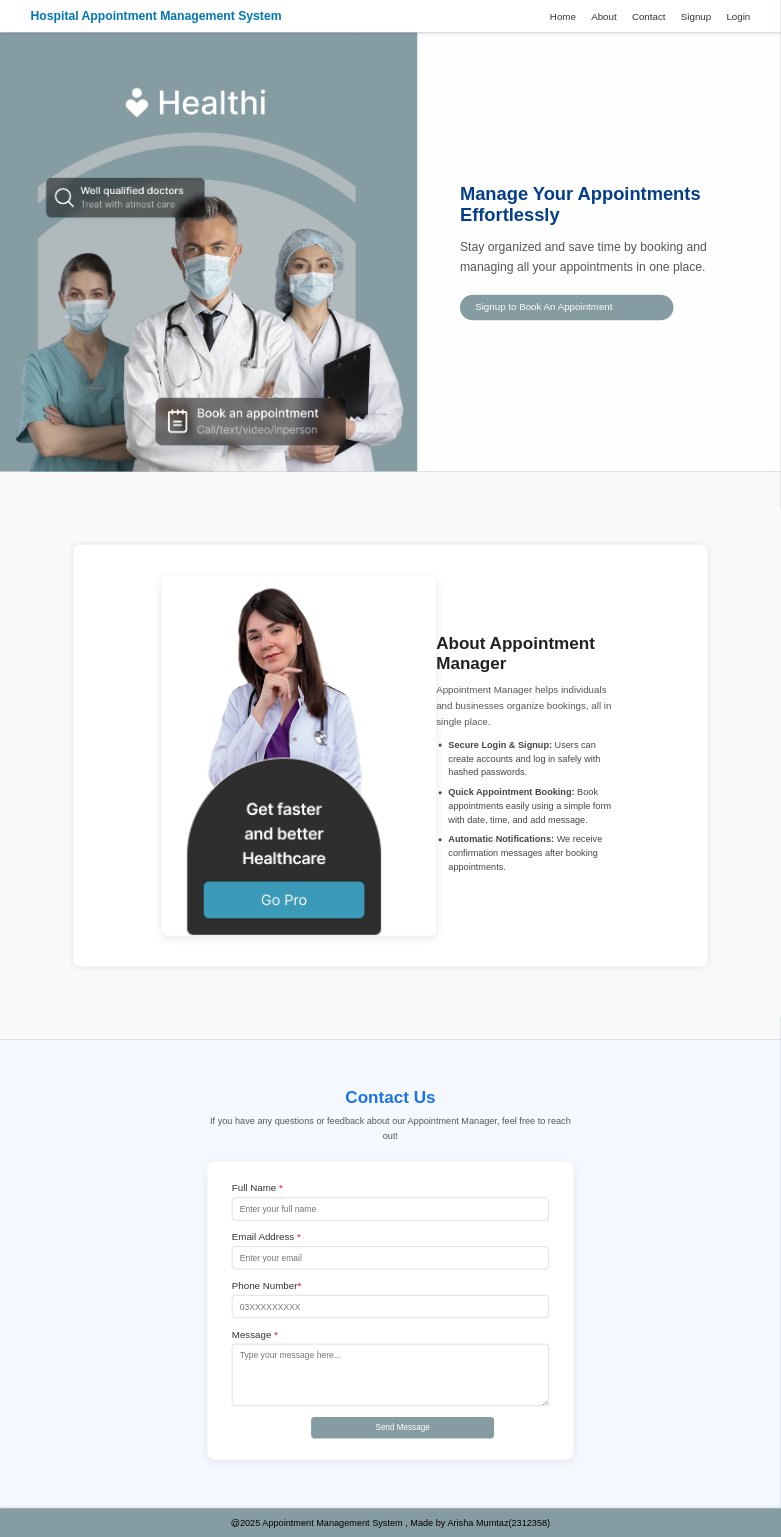
Repository: Arisha004/hospital-management-midterm-
Page: landingpage.html
The author's editor kept a copy of each file at every save. The page is drawn from the files as they stood at one save, then again after a run of saves.
The browser window is 1280 px wide. The pictures show the whole page, at 61% of full size.

Above is the page before, as saved 2025-11-02 20:34:20.

### landingpage.html

<html>
<head>
  <title>Appointment Management System</title>
  <link rel="stylesheet" href="style.css">
  <style>
  .container1 { width: 22%;margin: 40px auto; background: #fff; padding: 20px; border-radius: 8px; box-shadow: 0 0 10px rgba(0,0,0,0.1); }
  h2 {  color: #007bff; }
    button{
  display: inline-block;
  background-color: #869CA3;
  color: #fff;
  padding: 10px 22px;
  border: none;
  border-radius: 6px;
  cursor: pointer;
  font-weight: 500;
  transition: 0.3s;
   text-align: center;
}


button:hover {
  background-color: #7498a3;
}
a{
  color: white;
  text-decoration: none;
}
  </style>
</head>
<body>
  <header class="navbar">
    <div class="logo">Hospital Appointment Management System</div>
    <nav>
      <ul>
        <li><a href="#landing">Home</a></li>
        <li><a href="about.html">About</a></li>
        <li><a href="contact.html">Contact</a></li>
        <li><a href="signup.php">Signup</a></li>
        <li><a href="login.php">Login</a></li>

      </ul>
    </nav>
  </header>


  <section class="landing">
      <div class="right"></div>
    <div class="left">
      <h1>Manage Your Appointments Effortlessly</h1>
      <p>Stay organized and save time by booking and managing all your appointments in one place.</p>
      <a href="signup.php" class="btn">Signup to Book An Appointment</a>
    </div>

  </section>



  <section id="about" class="about">
    <div class="container about-inner">
      <div class="about-image" aria-hidden="true">

        <img src="images/pic2.png" alt="" />
      </div>
      <div class="about-content">
        <h2>About Appointment Manager</h2>
        <p>Appointment Manager helps individuals and businesses organize bookings, all in single place.</p>
        <ul class="features">
              <li><strong>Secure Login & Signup:</strong> Users can create accounts and log in safely with hashed passwords.</li>
<li><strong>Quick Appointment Booking:</strong> Book appointments easily using a simple form with date, time, and add message.</li>
<li><strong>Automatic Notifications:</strong> We receive confirmation messages after booking appointments.</li>

        </ul>
      </div>
    </div>
  </section>

<section id="contact" class="contact">
    <div class="container contact-inner">
      <h2>Contact Us</h2>
      <p>If you have any questions or feedback about our Appointment Manager, feel free to reach out!</p>

      <form action="insertcontactform.php" method="post" class="contact-form">
        <div class="form-group">
          <label>Full Name <span>*</span></label>
          <input type="text" id="name" name="name" placeholder="Enter your full name" pattern="^[A-Za-z]{3,}( [A-Za-z]+)?$" title="Full name should contain only letters and spaces, and must be at least 3 characters long.">

        </div>

        <div class="form-group">
          <label>Email Address <span>*</span></label>
          <input type="email" id="email" name="email" placeholder="Enter your email" title="Please enter a valid email address, e.g. example@gmail.com." required>
        </div>

        <div class="form-group">
          <label>Phone Number<span>*</span></label>
          <input type="tel" id="phone" name="phone" placeholder="03XXXXXXXXX" required pattern="[0-9]{11}" title="Enter 11-digit number only">
        </div>

        <div class="form-group">
          <label>Message <span>*</span></label>
          <textarea id="message" name="message" rows="5" placeholder="Type your message here..." required  pattern=".*\S.*" minlength="10"  title="Message must be at least 10 characters long.Cannot enter only spaces"></textarea>
        </div>

        <button type="submit" class="btn">Send Message</button>
      </form>
    </div>
</section>



  <footer>
    <p> @2025 Appointment Management System , Made by Arisha Mumtaz(2312358)</p>
  </footer>
</body>
</html>

### style.css

* {
  margin: 0;
  padding: 0;
  font-family: 'Poppins', sans-serif;
}

body {
  background: #869CA3;
  color: #333;
}

.about {
  background-color: #f9f9f9;
  padding: 80px 0; /*80px top & bottom, 0 left & right */
}

.about-image img {

  width: 450px;
  border-radius: 10px;
  box-shadow: 0 4px 15px rgba(0,0,0,0.1);
}

.about-content {
  margin-top: 20px;
  width: 300px;
}

.about-content h2 {
  font-size: 28px;
  color: #1a73e8;
  margin-bottom: 15px;
}

.about-content p {
  font-size: 16px;
  color: #555;
  line-height: 1.6;
  margin-bottom: 20px;
}

.features {
  list-style: none;
  padding: 0;
  margin-bottom: 25px;
}

.features li {
  margin-bottom: 10px;
  color: #444;
  font-size: 15px;
  line-height: 1.5;
}



/* Contact Section */
.contact {
  background-color: #f5f9ff;
  padding: 80px 0;
}

.contact-inner {
  width: 85%;
  max-width: 600px;
  margin: 0 auto;
  text-align: center;
}

.contact h2 {
  font-size: 28px;
  color: #1a73e8;
  margin-bottom: 10px;
}

.contact p {
  color: #555;
  margin-bottom: 30px;
  font-size: 15px;
  line-height: 1.6;
}

.contact-form {
  background-color: #fff;
  padding: 35px 40px;
  border-radius: 12px;
  box-shadow: 0 4px 15px rgba(0,0,0,0.08);
  text-align: left;
}

.form-group {
  margin-bottom: 18px;
}

label {
  display: block;
  font-weight: 500;
  margin-bottom: 6px;
  color: #333;
}

label span {
  color: red;
}

input, textarea {
  width: 100%;
  padding: 10px 12px;
  border: 1px solid #ccc;
  border-radius: 6px;
  font-size: 14px;
  outline: none;
}

input:focus, textarea:focus {
  border-color: #1a73e8;
  box-shadow: 0 0 5px rgba(26,115,232,0.3);
}


.contact-form .btn {
  display: inline-block;
  background-color: #869CA3;
  color: #fff;
  padding: 10px 22px;
  border: none;
  border-radius: 6px;
  cursor: pointer;
  font-weight: 500;

  margin-left: 130px;
   text-align: center;
}

.contact-form .btn:hover {
  background-color: #7498a3;
}

/* Navbar */
.navbar {
  display: flex;
  justify-content: space-between;
  align-items: center;
  padding: 15px 50px;
  background: #fff;
  box-shadow: 0 2px 5px rgba(0,0,0,0.1);
  position: sticky;
  top: 0;
  z-index: 10;
}

.navbar .logo {
  font-weight: 700;
  font-size: 20px;
  color: #0077b6;
}

.navbar ul {
  display: flex;
  list-style: none;
}

.navbar ul li a {
  text-decoration: none;
  color: #333;
  margin-left: 25px;
}

.navbar ul li a:hover {
  color: #0077b6;
}

/* Split Landing Section */
.landing {
  display: flex; /*makes .landing a flex container.*/
  height: 100vh;
}


  button{

  display: inline-block;
  background-color: #869CA3;
  color: #fff;
  padding: 10px 22px;
  border: none;
  border-radius: 6px;
  cursor: pointer;
  font-weight: 500;

   text-align: center;
}

button:hover {
  background-color: #7498a3;
}
/* Left Text Section */
.landing .left {
  flex: 1;
  width: 50%;
  display: flex;
  flex-direction: column; /*flex-direction: column; → children stack vertically.*/
  justify-content: center;
  padding: 0 70px; /*adds 70px space on left and right (inner spacing).*/
  background: #fefefe;
}


.landing .left h1 {
  font-size: 30px;
  color: #023e8a;
  margin-bottom: 20px;
}

.landing .left p {
  font-size: 20px;
  color: #555;
  margin-bottom: 30px;
  line-height: 1.6;
}

.btn {
  background: #869CA3;
  color: #fff;
  padding: 12px 25px;
  border-radius: 30px;
  text-decoration: none;
  font-weight: 300;
  transition: 0.3s;
  width: 300px;
}

.btn:hover {
  background: #7498a3;
}

/* Right Image Section */
.landing .right {
  flex: 1.5;
  background:url(images/pic1.png);
  background-repeat: no-repeat;
  background-size: cover;
  position: relative;
}





.form1-container {
  width: 520px;
  margin: 80px auto;
  background: white;
  padding: 20px;
  border-radius: 8px;
  box-shadow: 0 0 5px gray; /*box-shadow: horizontal-offset vertical-offset blur-radius color;*/
/*his shadow is directly behind the element, slightly blurred (5px), and gray in color. No shifting horizontally or vertically*/
}

.form1-container h2 {
  text-align: center;
  color: #333;
}

.form1-container label {
  display: block;
  margin-top: 10px;
  color: #555;
}

.form1-container input {
  width: 100%;
  padding: 8px;
  margin-top: 5px;
  border: 1px solid #ccc;
  border-radius: 4px;
}

.form1-container button {
  width: 100%;
  margin-top: 15px;
  padding: 10px;
  background: #869CA3;
  border: none;
  color: white;
  border-radius: 4px;
  cursor: pointer;
}

.form1-container button:hover {
  background: #7498a3;
}

.form1-container p {
  text-align: center;
  margin-top: 10px;
}

.success {
  text-align: center;
  background: #d4edda;
  color: #155724;
  padding: 8px;
  border-radius: 5px;
  margin: 10px auto;
  width: 320px;
}

.error {
  text-align: center;
  background: #f8d7da;
  color: #721c24;
  padding: 8px;
  border-radius: 5px;
  margin: 10px auto;
  width: 320px;
}

/* Footer */
footer {
  text-align: center;
  padding: 15px;
 background-color:#869CA3;
        color: black;
  box-shadow: 0 -2px 5px rgba(0,0,0,0.1);
  font-size: 15px;

}

/* --- About Section --- */
.container.about-inner {
  display: flex;
  flex-wrap: wrap;
  justify-content: center;
  align-items: center;
  padding: 50px 20px;
  background-color: #fff;
  margin: 40px auto;
  max-width: 1000px;
  border-radius: 10px;
  box-shadow: 0 0 10px rgba(0,0,0,0.1);
}


/* --- About Content --- */
.about-content {
  max-width: 600px;
}

.about-content h2 {
  font-size: 28px;
  margin-bottom: 15px;
  color: #222;
}

.about-content p {
  font-size: 16px;
  line-height: 1.6;
  margin-bottom: 15px;
}

.features {
  list-style-type: disc;
  padding-left: 20px;
}

.features li {
  margin-bottom: 10px;
}

After the next 2 saves:
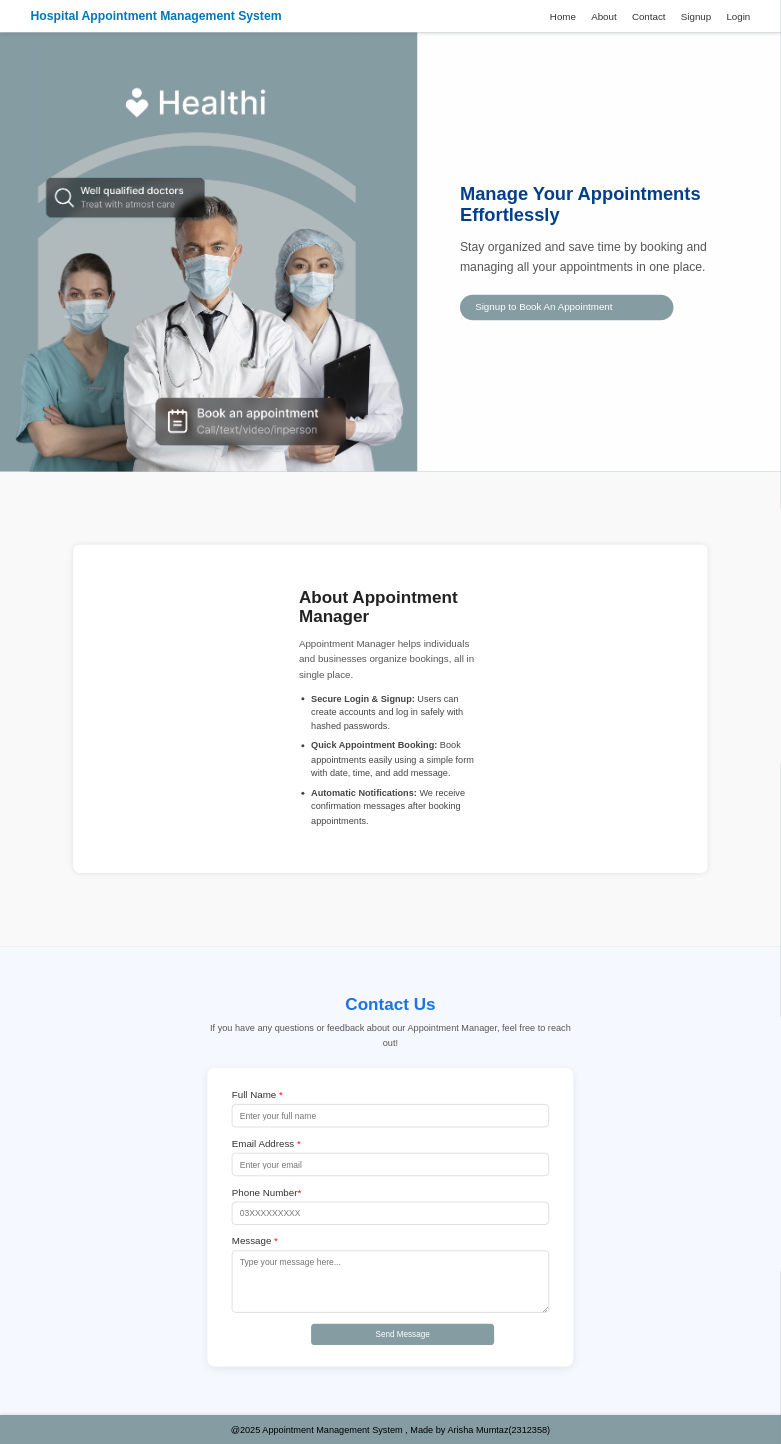
The 2 saves are shown as one change because they came seconds apart.
The last was saved 47 s later.
--- a/landingpage.html
+++ b/landingpage.html
@@ -59,10 +59,6 @@ a{
 
   <section id="about" class="about">
     <div class="container about-inner">
-      <div class="about-image" aria-hidden="true">
-
-        <img src="images/pic2.png" alt="" />
-      </div>
       <div class="about-content">
         <h2>About Appointment Manager</h2>
         <p>Appointment Manager helps individuals and businesses organize bookings, all in single place.</p>
